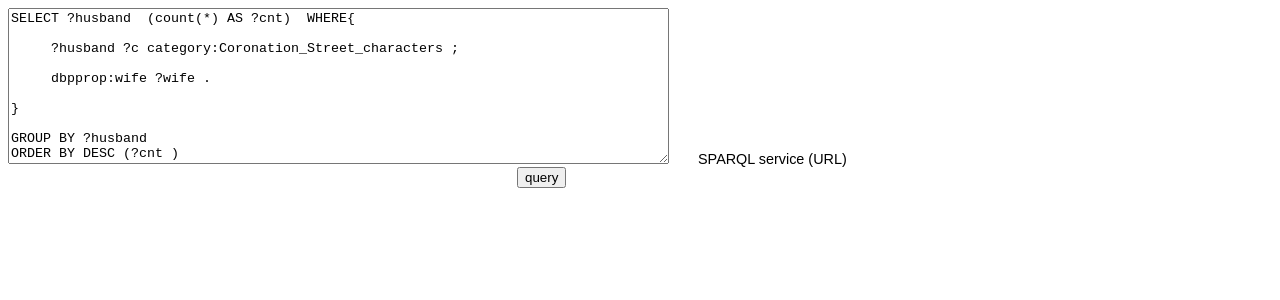
Repository: ds10/widgets-workspace
Page: DBpediawidget/src/index.html
These files come from the project's save history. The page is drawn as it stood at one moment and after the next save; the edit follows.
The browser window is 1280 px wide. The pictures show the whole page.

Above is the page before, as saved 2013-02-26 15:19:25.

After the next save:
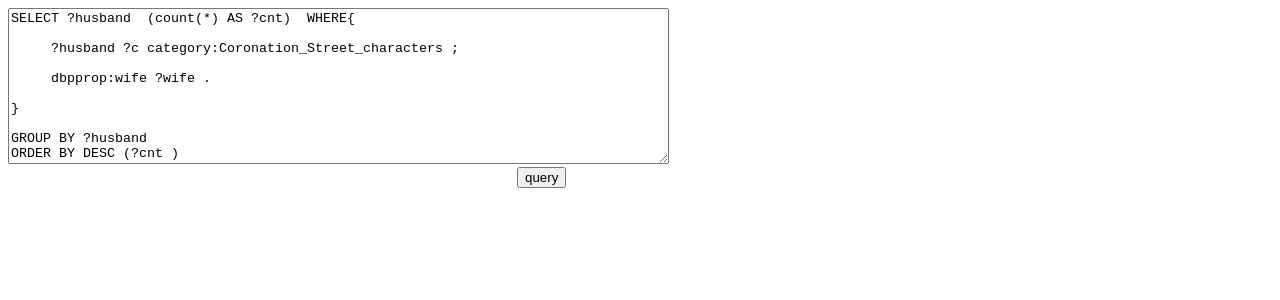
Saved 66 s later.
--- a/DBpediawidget/src/index.html
+++ b/DBpediawidget/src/index.html
@@ -26,7 +26,7 @@
 ORDER BY DESC (?cnt )
 </textarea>
  <input name="output" value="gvds" type="radio" checked="checked" style="visibility:hidden" />
-  SPARQL service (URL) <input name="service-uri" value="http://dbpedia.org/sparql" size="60" style="visibility:hidden" />
+  <br/><input name="service-uri" value="http://dbpedia.org/sparql" size="60" style="visibility:hidden" />
     <input value="query" type="button" onclick="doSparql()"/><br />
 </form>
 
